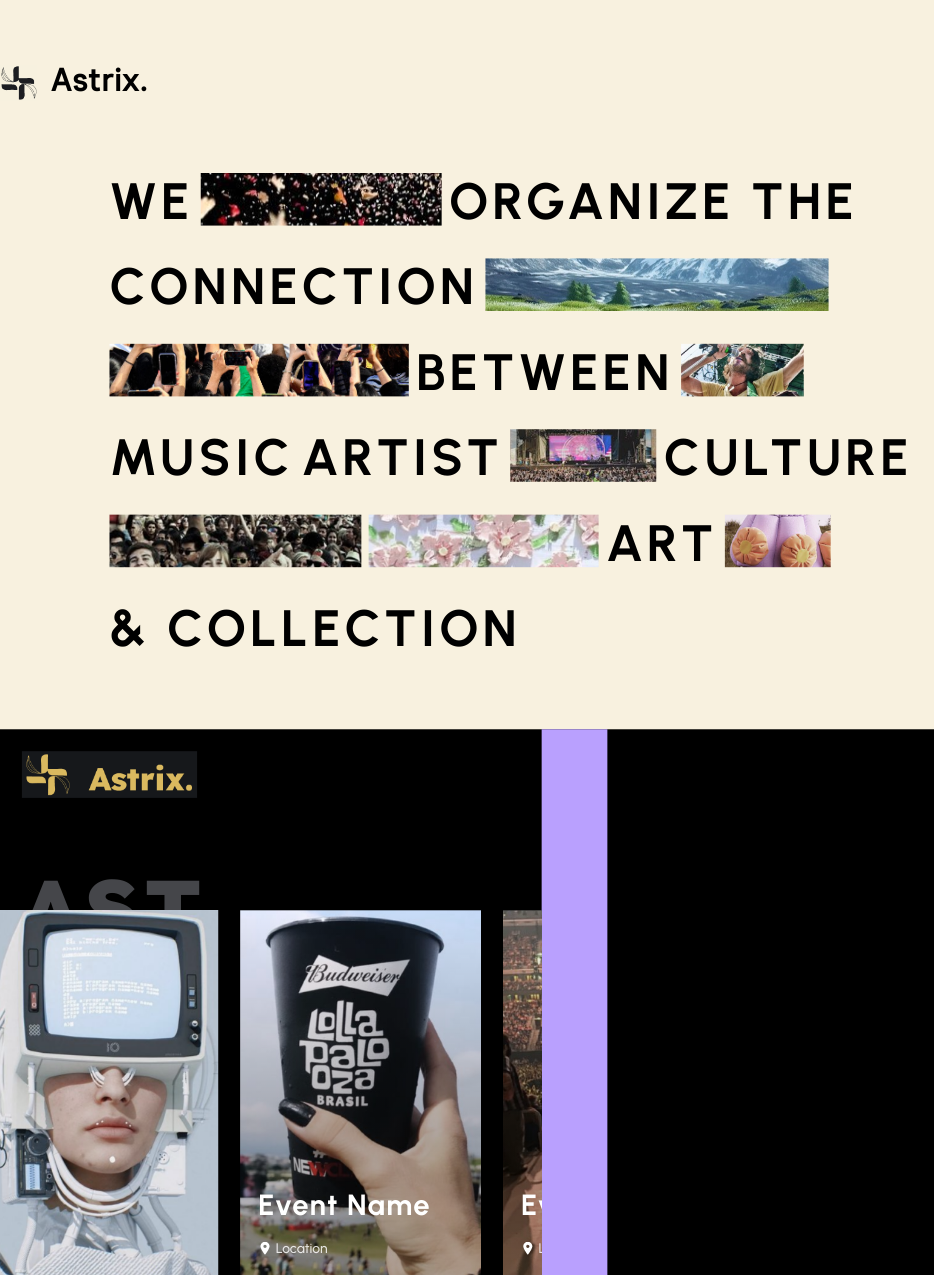
Repository: sharma171/astrix
Page: /
These files come from the project's save history. The page is drawn as it stood at one moment and after the next save; the edit follows.
The browser window is 1280 px wide. The pictures show the whole page, at 73% of full size.
The project was rebuilt for these pictures with package versions that can differ from the ones it lists, and the page was loaded fresh each time.

Above is the page before, as saved 2024-05-20 15:52:35.

### src/index.jsx
import React from 'react';
import ReactDOM from 'react-dom/client';
// import './index.css';
import App from './App';
import reportWebVitals from './reportWebVitals';

const root = ReactDOM.createRoot(document.getElementById('root'));
root.render(
  // <React.StrictMode>
    <App />
  // </React.StrictMode>
);

// If you want to start measuring performance in your app, pass a function
// to log results (for example: reportWebVitals(console.log))
// or send to an analytics endpoint. Learn more: https://bit.ly/CRA-vitals
reportWebVitals();

### src/App.jsx
import React from "react";
import { BrowserRouter as Router, Route, Routes } from "react-router-dom";
import Home from "./Home";
import "./component/main.css";
//fonts
import "./fonts/FUTURA45LIGHT.TTF";
import "./fonts/FUTURA55REGULAR.TTF";
import "./fonts/FUTURA65MEDIUM.TTF";
import "./fonts/FUTURA75BOLD.TTF";

function App() {
  return (
    <div>
      <Router>
        <Routes>
          <Route path="/" element={<Home/>} />
        </Routes>
      </Router>
    </div>
  );
}
export default App;

### src/Home.jsx
import React, { useState } from 'react';
import Hero from "./component/hero";
import HomeSection from './component/homesection';
const Home = () => {
    const [heroActive, setHeroActive] = useState(false);
    const handleActive = () => {
        setHeroActive(!heroActive);
    }
    return(
        <div>
            <div className={`floating-hero ${heroActive ? 'active' : ''}`} onClick={handleActive}>
                <Hero />
            </div>
            <div className="homesection">
                <HomeSection />
            </div>
        </div>
    );
}
export default Home;

### src/component/main.css
@import url('https://fonts.googleapis.com/css2?family=Urbanist:ital,wght@0,100..900;1,100..900&display=swap');

@font-face {
    font-family: "sebino";
    src: local("sebino"),
     url("../fonts/Sebino-Regular.ttf") format("truetype");
    font-weight: 500;
}
@font-face {
    font-family: "futuralight";
    src: local("futuralight"),
     url("../fonts/FUTURA45LIGHT.TTF") format("truetype");
    font-weight: light;
}
@font-face {
    font-family: "futuraregular";
    src: local("futuraregular"),
     url("../fonts/FUTURA55REGULAR.TTF") format("truetype");
    font-weight: regular;
}
@font-face {
    font-family: "futuramedium";
    src: local("futuramedium"),
     url("../fonts/FUTURA65MEDIUM.TTF") format("truetype");
    font-weight: medium;
}
@font-face {
    font-family: "futurabold";
    src: local("futurabold"),
     url("../fonts/FUTURA75BOLD.TTF") format("truetype");
    font-weight: bold;
}

*{
    padding: 0;
    margin: 0;
}
* a{
    text-decoration: none;
}
* .row-flex {
    display: flex;
    flex-direction: row;
}
* .col-flex {
    display: flex;
    flex-direction: column;
}
* .container {
    width: 100%;
    max-width: 1380px;
    margin: 0 auto;
}
* .bigcontainer {
    width: 100%;
    max-width: 1520px;
    margin: 0 auto;
}
#root {
    background: #000;
    min-height: 100vh;
}

### src/component/hero.jsx
import React from "react";
import Header from "./header";
import "./hero-overlay/css/hero.css";
import ImageOne from "./hero-overlay/images/heroimage1.jpeg";
import ImageTwo from "./hero-overlay/images/heroimage2.jpeg";
import ImageThree from "./hero-overlay/images/heroimage3.jpg";
import ImageFour from "./hero-overlay/images/heroimage4.png";
import ImageFive from "./hero-overlay/images/heroimage5.png";
import ImageSix from "./hero-overlay/images/heroimag6.png";
import ImageSeven from "./hero-overlay/images/heroimage7.png";
import ImageEight from "./hero-overlay/images/heroimage8.png";
const Hero = () => {
    return(
        <>
            <Header />
            <div className={`container`} >
                <div className={`hero-anim row-flex`}>
                    <h3 className="hero-text">WE</h3>
                    <img className="hero-image" src={ImageOne} alt="" />
                    <h3 className="hero-text">ORGANIZE THE</h3>
                    <h3 className="hero-text">CONNECTION</h3>
                    <img className="hero-image" src={ImageTwo} alt="" />
                    <img className="hero-image" src={ImageThree} alt="" />
                    <h3 className="hero-text">BETWEEN</h3>
                    <img className="hero-image" src={ImageFour} alt="" />
                    <h3 className="hero-text">MUSIC</h3>
                    <h3 className="hero-text">ARTIST</h3>
                    <img className="hero-image" src={ImageFive} alt="" />
                    <h3 className="hero-text">CULTURE</h3>
                    <img className="hero-image" src={ImageSix} alt="" />
                    <img className="hero-image" src={ImageSeven} alt="" />
                    <h3 className="hero-text">ART</h3>
                    <img className="hero-image" src={ImageEight} alt="" />
                    <h3 className="hero-text">& COLLECTION</h3>
                </div>
            </div>
        </>
    );
}
export default Hero;

### src/component/homesection.js
import React from "react";
import "./home.css";
import AstrixIcon from "./images/asterlogo.png";
import CarImage1 from "./images/car-image.png";
import CarImage2 from "./images/car-image2.png";
import CarImage3 from "./images/car-image3.png";
import CarImage4 from "./images/car-image4.png";
import LocationIcon from "./images/location.svg";


const HomeSection = () => {
    return(
        <>
            <div className="bigcontainer">
                <div className="row-flex">
                    <div className="col-flex car-row-col">
                        <div className="row-flex car-row-row">
                            <div className="car-col">
                                <div className="homebrand">
                                    <img src={AstrixIcon} alt="" />
                                </div>
                                <div className="carousel-inner">
                                    <span className="one">AST<br></br>RIX</span>
                                    <span className="two">EVE<br></br>NTS</span>
                                    <div className="carousel-box">
                                        <div className="car-item">
                                            <img src={CarImage1} alt="carousel" className="carimg" />
                                            <div className="overlay col-flex">
                                                <h3 className="eventname">Event Name</h3>
                                                <div className="location row-flex">
                                                    <img src={LocationIcon} alt="" className="icon" />
                                                    <span>Location</span>
                                                </div>
                                            </div>
                                        </div>
                                        <div className="car-item">
                                            <img src={CarImage2} alt="carousel" className="carimg" />
                                            <div className="overlay col-flex">
                                                <h3 className="eventname">Event Name</h3>
                                                <div className="location row-flex">
                                                    <img src={LocationIcon} alt="" className="icon" />
                                                    <span>Location</span>
                                                </div>
                                            </div>
                                        </div>
                                        <div className="car-item">
                                            <img src={CarImage3} alt="carousel" className="carimg" />
                                            <div className="overlay col-flex">
                                                <h3 className="eventname">Event Name</h3>
                                                <div className="location row-flex">
                                                    <img src={LocationIcon} alt="" className="icon" />
                                                    <span>Location</span>
                                                </div>
                                            </div>
                                        </div>
                                        <div className="car-item">
                                            <img src={CarImage4} alt="carousel" className="carimg" />
                                            <div className="overlay col-flex">
                                                <h3 className="eventname">Event Name</h3>
                                                <div className="location row-flex">
                                                    <img src={LocationIcon} alt="" className="icon" />
                                                    <span>Location</span>
                                                </div>
                                            </div>
                                        </div>
                                    </div>
                                </div>
                            </div>
                            <div className="tick-col"></div>
                        </div>
                    </div>
                    <div className="col-flex evnt-col">

                    </div>
                </div>
            </div>
        </>
    );
}
export default HomeSection;

### src/component/header.jsx
import React from 'react';
import { Link } from 'react-router-dom';
import "./hero-overlay/css/header.css"
import HeroLogo from './hero-overlay/images/png logo.png';

const Header = () => {
    return(
        <div className="ov-header">
            <div className="container">
                <div className="navmenu">
                    <Link to="#" className="row-flex">
                        <img
                            src={HeroLogo}
                            alt="Asterix-logo"
                            className="brand-logo"
                        />
                        <h1 className='brand-name'>Astrix.</h1>
                    </Link>
                </div>
            </div>
        </div>
    )
}

export default Header;

### src/component/hero-overlay/css/hero.css
.floating-hero {
    background: #f8f1df;
    min-height: 100vh;
    transition: all 2s;
    cursor: pointer;
    display: block;
    position: static;
    width: 100%;
    transition: all 3s ease-in-out;
    top: 0;
}
.floating-hero.active {
    display: block;
    position: fixed;
    top: -500%;
    left: 0;
}
.floating-hero .navmenu{
    padding-top: 90px;
}

.floating-hero .hero-anim {
    flex-wrap: wrap;
    row-gap: 40px;
    column-gap: 10px;
    padding-left: 150px;
    padding-top: 100px;
    padding-bottom: 100px;
}

.floating-hero .hero-anim .hero-image {
    max-height: 72px;
    object-fit: cover;
}
.floating-hero .hero-anim .hero-text {
    font-family: "Urbanist", sans-serif;
    font-size: 70px;
    letter-spacing: 6px;
    line-height: 1.1;
    font-weight: 700;
    color: #000;
}
.floating-hero .hero-anim .hero-image:nth-child(2) {
    animation-name: hero-first;
    animation-duration: 9s;
    animation-timing-function: ease-in-out;
    animation-iteration-count: infinite;
    animation-delay: 2s;
    width: 450px;
}
.floating-hero .hero-anim .hero-image:nth-child(5) {
    animation-name: hero-second;
    animation-duration: 9s;
    animation-timing-function: ease-in-out;
    animation-iteration-count: infinite;
    animation-delay: 2s;
    width: 620px;
}
.floating-hero .hero-anim .hero-image:nth-child(6) {
    animation-name: hero-third;
    animation-duration: 9s;
    animation-timing-function: ease-in-out;
    animation-iteration-count: infinite;
    animation-delay: 2s;
    width: 340px;
}
.floating-hero .hero-anim .hero-image:nth-child(11) {
    animation-name: hero-four;
    animation-duration: 9s;
    animation-timing-function: ease-in-out;
    animation-iteration-count: infinite;
    animation-delay: 2s;
    width: 300px;
}
.floating-hero .hero-anim .hero-image:nth-child(13) {
    animation-name: hero-fifth;
    animation-duration: 9s;
    animation-timing-function: ease-in-out;
    animation-iteration-count: infinite;
    animation-delay: 2s;
    width: 190px;
}
.floating-hero .hero-anim .hero-image:nth-child(14) {
    animation-name: hero-sixth;
    animation-duration: 9s;
    animation-timing-function: ease-in-out;
    animation-iteration-count: infinite;
    animation-delay: 2s;
    width: 255px;
}
@keyframes hero-first {
    0% {
        width: 450px;
    }
    25% {
        width: 330px;
    }
    50% {
        width: 330px;
    }
    75% {
        width: 450px;
    }
    100% {
        width: 450px;
    }
}
@keyframes hero-second {
    0% {
        width: 620px;
    }
    25% {
        width: 470px;
    }
    50% {
        width: 470px;
    }
    75% {
        width: 620px;
    }
    100% {
        width: 620px;
    }
}
@keyframes hero-third {
    0% {
        width: 340px;
    }
    25% {
        width: 410px;
    }
    50% {
        width: 410px;
    }
    75% {
        width: 340px;
    }
    100% {
        width: 340px;
    }
}
@keyframes hero-four {
    0% {
        width: 300px;
    }
    25% {
        width: 200px;
    }
    50% {
        width: 200px;
    }
    75% {
        width: 300px;
    }
    100% {
        width: 300px;
    }
}
@keyframes hero-fifth {
    0% {
        width: 190px;
    }
    25% {
        width: 345px;
    }
    50% {
        width: 345px;
    }
    75% {
        width: 190px;
    }
    100% {
        width: 190px;
    }
}
@keyframes hero-sixth {
    0% {
        width: 255px;
    }
    25% {
        width: 315px;
    }
    50% {
        width: 315px;
    }
    75% {
        width: 255px;
    }
    100% {
        width: 255px;
    }
}

### src/component/home.css
@import url('https://fonts.googleapis.com/css2?family=Lexend:wght@100..900&family=Roboto+Slab:wght@100..900&display=swap');

/* Carousel columns */


.homesection .car-row-col {
    width: 65%;
}
.homesection .car-row-row {
    flex-wrap: nowrap;
    width: 100%;
}
.homesection .car-col {
    width: calc(100% - 90px);
}
.homesection .tick-col {
    width: 90px;
    background: #b9a0fe;
}
.homesection .car-col .homebrand {
    margin-top: 30px;
    margin-left: 30px;
}
.homesection .car-col .homebrand img{
    width: 240px;
}

.homesection .car-col .carousel-inner {
    position: relative;
    margin: 90px 0 0 0;
}

.homesection .car-col .carousel-inner .one {
    position: absolute;
    top: 0;
    color: #45464a;
    font-family: "Lexend", sans-serif;
    font-size: 114px;
    line-height: 1;
    font-weight: 800;
    letter-spacing: 8px;
    margin-left: 30px;
    z-index: 1;
}
.homesection .car-col .carousel-inner .two {
    position: absolute;
    bottom: 60px;
    color: #45464a;
    font-family: "Lexend", sans-serif;
    font-size: 114px;
    line-height: 1;
    font-weight: 800;
    letter-spacing: 8px;
    margin-left: 30px;
    z-index: 1;
}
.homesection .car-col .carousel-inner .carousel-box {
    z-index: 10;
    position: relative;
    padding-top: 60px;
    padding-left: 28%;
    gap: 30px;
    display: flex;
    flex-direction: row;
    overflow: hidden;
}
.homesection .car-col .carousel-inner .carousel-box .car-item {
    height: 500px;
    width: 330px;
    max-height: 500px;
    max-width: 330px;
    position: relative;
    animation-name: carousel;
    animation-delay: 2s;
    animation-duration: 14s;
    animation-iteration-count:infinite;
    animation-timing-function: ease-in-out;
}
.homesection .car-col .carousel-inner .carousel-box .car-item:nth-child(1) .overlay {
    animation-name: visible1;
    animation-delay: 2s;
    animation-duration: 14s;
    animation-iteration-count:infinite;
    animation-timing-function: ease-in-out;
    opacity: 0;
}
.homesection .car-col .carousel-inner .carousel-box .car-item:nth-child(2) .overlay {
    animation-name: visible2;
    animation-delay: 2s;
    animation-duration: 14s;
    animation-iteration-count:infinite;
    animation-timing-function: ease-in-out;
    opacity: 0;
}
@keyframes carousel {
    0% {
        transform: translate(0%);
    }
    3% {
        transform: translate(-80%);
    }
    5% {
        transform: translate(-75%);
    }
    25% {
        transform: translate(-75%);
    }
    28% {
        transform: translate(-190%);
    }
    30% {
        transform: translate(-184%);
    }
    50% {
        transform: translate(-184%);
    }
    53% {
        transform: translate(-300%);
    }
    55% {
        transform: translate(-294%);
    }
    75% {
        transform: translate(-294%);
    }
    78% {
        transform: translate(10%);
    }
    80% {
        transform: translate(-0%);
    }
    100% {
        transform: translate(0%);
    }
}
@keyframes visible1 {
    0% {
        opacity: 0;
    }
    5% {
        opacity: 1;
    }

    100% {
        opacity: 1;
    }
}

@keyframes visible2 {
    0% {
        opacity: 1;
    }
    5% {
        opacity: 0;
    }
    25% {
        opacity: 0;
    }
    28% {
        opacity: 1;
    }
    30% {
        transform: translate(-184%);
    }
    50% {
        transform: translate(-184%);
    }
    53% {
        transform: translate(-300%);
    }
    55% {
        transform: translate(-294%);
    }
    75% {
        transform: translate(-294%);
    }
    78% {
        transform: translate(10%);
    }
    80% {
        transform: translate(-0%);
    }
    100% {
        transform: translate(0%);
    }
}



.homesection .car-col .carousel-inner .carousel-box .car-item .carimg {
    height: 500px;
    width: 330px;
    max-height: 500px;
    max-width: 330px;
    object-fit: cover;
}

.homesection .car-col .carousel-inner .carousel-box .car-item .overlay {
    position: absolute;
    top: 0;
    left: 0;
    width: 100%;
    height: 100%;
    display: flex;
    justify-content: flex-end;
    align-items: flex-start;
    color: #fff;
    font-family: "Urbanist", sans-serif;
    background: linear-gradient(0deg, rgb(0 0 0 / 29%) 40%, rgb(0 0 0 / 0%) 100%);
}

.homesection .car-col .carousel-inner .carousel-box .car-item .overlay .eventname {
    font-size: 40px;
    font-weight: 700;
    line-height: 1;
    margin: 25px 25px 30px 25px;
    letter-spacing: 1.7px;
}
.homesection .car-col .carousel-inner .carousel-box .car-item .overlay .location {
    margin: 0px 25px 25px 25px;
    gap: 6px
}
.homesection .car-col .carousel-inner .carousel-box .car-item .overlay .location .icon {
    width: 18px;
    height: 18px;
}
.homesection .car-col .carousel-inner .carousel-box .car-item .overlay .location span {
    font-size: 19px;
    font-weight: 500;
    line-height: 1.1;
    color: #ffffffd6;
}


/* //Event columns */
.homesection .evnt-col{
    width: 35%;
}

### src/component/hero-overlay/css/header.css
.ov-header .navmenu .brand-logo {
    width: 50px;
    height: auto;
}
.ov-header .brand-name {
    font-family: "sebino";
    color: black;
    font-size: 43px;
    line-height: 0.8;
    align-self: center;
    margin-left: 20px;
    letter-spacing: 1.5px;
}

Loaded but not shown: public/index.html (common file); src/reportWebVitals.js (common file)

After the next save:
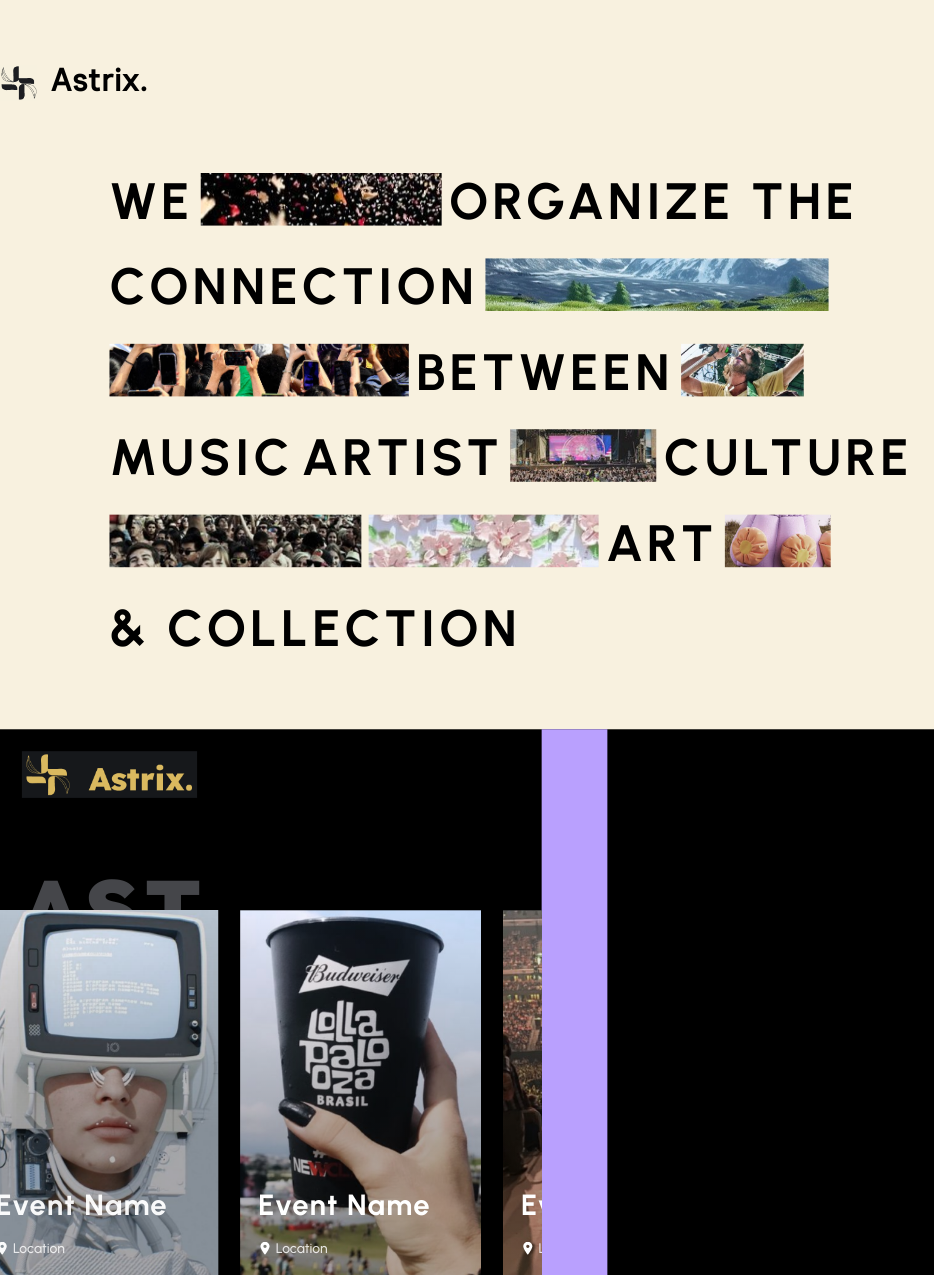
Saved 12 s later.
--- a/src/component/home.css
+++ b/src/component/home.css
@@ -159,29 +159,9 @@
     28% {
         opacity: 1;
     }
-    30% {
-        transform: translate(-184%);
-    }
-    50% {
-        transform: translate(-184%);
-    }
-    53% {
-        transform: translate(-300%);
-    }
-    55% {
-        transform: translate(-294%);
-    }
-    75% {
-        transform: translate(-294%);
-    }
-    78% {
-        transform: translate(10%);
-    }
-    80% {
-        transform: translate(-0%);
-    }
+
     100% {
-        transform: translate(0%);
+        opacity: 1;
     }
 }
 
